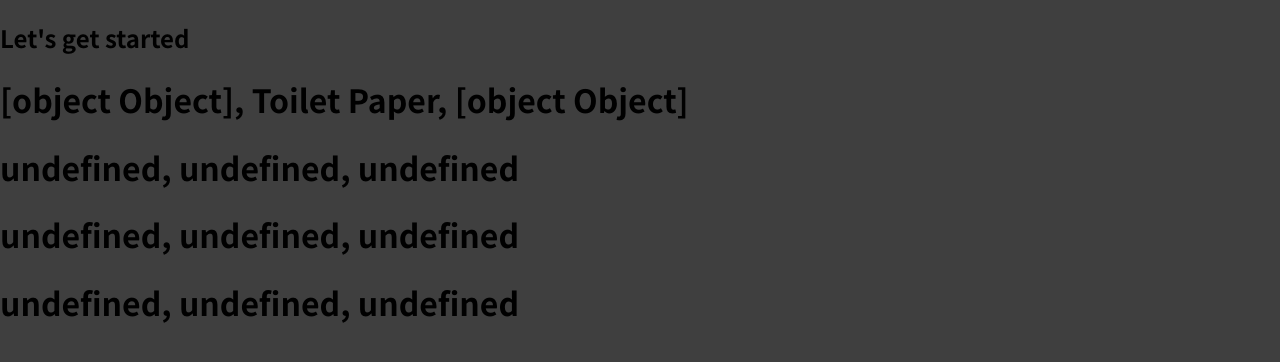
Repository: runner855/expense-tracker
Page: /
These files come from the project's save history. The page is drawn as it stood at one moment and after a run of saves; the edit follows.
The browser window is 1280 px wide. The pictures show the whole page.
The project was rebuilt for these pictures with package versions that can differ from the ones it lists, and the page was loaded fresh each time. Also part of the build but not shown: src/styles/ExpenseItem.css.

Above is the page before, as saved 2022-09-02 12:41:50.

### src/index.js
import React from 'react';
import ReactDOM from 'react-dom/client';
import expenses from './data/expenses.json';
import './styles/index.css';
import App from './components/App';

const root = ReactDOM.createRoot(document.getElementById('root'));
root.render(
  <React.StrictMode>
    <App expenses={expenses.expenses} />
  </React.StrictMode>
);

### src/data/expenses.json
{
  "expenses": [
    {
      "id": "e1",
      "title": "Toilet Paper",
      "amount": 94.12,
      "date": "new Date(2020, 7, 14)"
    },
    {
      "id": "e2",
      "title": "New TV",
      "amount": 799.49,
      "date": "new Date(2021, 2, 12)"
    },
    {
      "id": "e3",
      "title": "Car Insurance",
      "amount": 294.67,
      "date": "new Date(2021, 2, 28)"
    },
    {
      "id": "e4",
      "title": "New Desk (Wooden)",
      "amount": 450,
      "date": "new Date(2021, 5, 12)"
    }
  ]
}

### src/components/App.js
import React from 'react';
import ExpenseItem from '../components/ExpenseItem';


const App = (props) => {
  console.log(props)





  return (
    <div className="App">
      <h2>Let's get started</h2>
      <ExpenseItem date={props} title={props.expenses[0].title} amount={props} />
      <ExpenseItem />
      <ExpenseItem />
      <ExpenseItem />



    </div>
  );
}

export default App;

### src/components/ExpenseItem.js
import React from 'react';
import '../styles/ExpenseItem.css'


const ExpenseItem = (props) => {

  const { date, title, amount } = props;

  return <h1>{`${date}, ${title}, ${amount}`}</h1>;
}

export default ExpenseItem;

Loaded but not shown: public/index.html (common file); src/styles/index.css (common file)

After the next 2 saves:
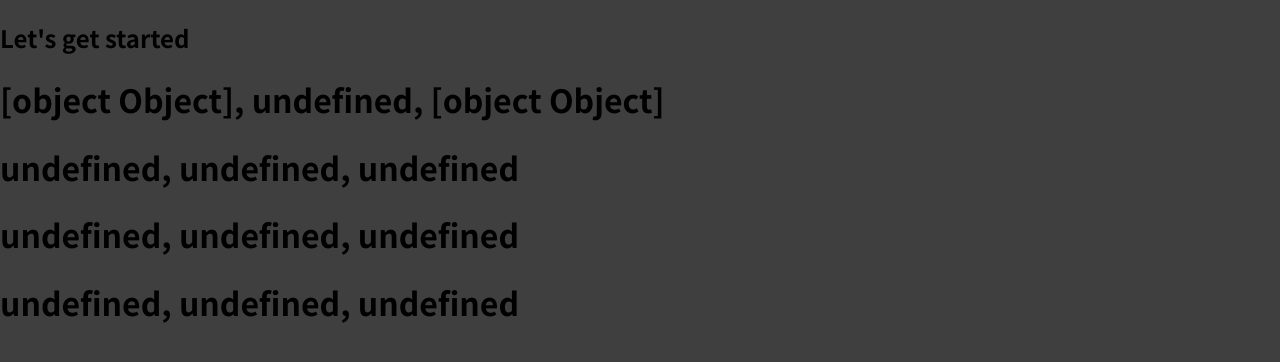
The 2 saves are shown as one change because 1 did not build or start.
The last was saved 29 s later.
--- a/src/components/App.js
+++ b/src/components/App.js
@@ -12,7 +12,7 @@ const App = (props) => {
   return (
     <div className="App">
       <h2>Let's get started</h2>
-      <ExpenseItem date={props} title={props.expenses[0].title} amount={props} />
+      <ExpenseItem date={props} title={props.title} amount={props} />
       <ExpenseItem />
       <ExpenseItem />
       <ExpenseItem />
